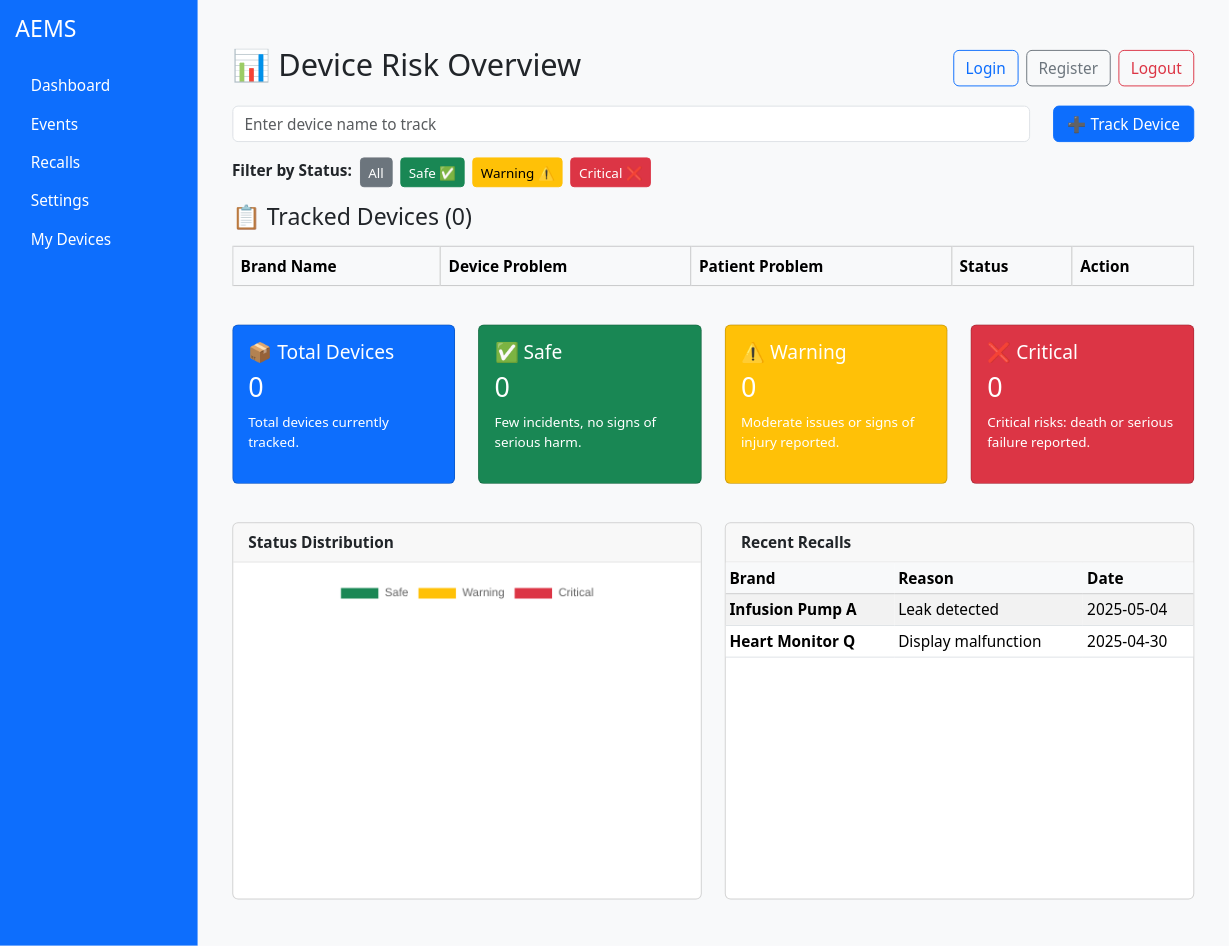
Repository: Sarary2/AEMS_2MVP
Page: / (app in frontend/AEMS/)
An editor plug-in stored every save of this project. The page is shown before and after the next save, followed by the edit.
The browser window is 1280 px wide. The pictures show the whole page, at 96% of full size.
The page's requests for data from a server got no answer. The project was rebuilt for these pictures with package versions that can differ from the ones it lists, and the page was loaded fresh each time. No one was signed in, and anything a server would have sent is missing. Also part of the build but not shown: frontend/AEMS/vite.config.js, frontend/AEMS/src/components/DeviceRow.jsx, frontend/AEMS/src/pages/Events.jsx, frontend/AEMS/src/firebase.js, frontend/AEMS/src/pages/Login.jsx, frontend/AEMS/src/pages/Register.jsx.

Above is the page before, as saved 2025-05-06 13:15:45.

### frontend/AEMS/src/main.jsx
import React from 'react';
import ReactDOM from 'react-dom/client';
import App from './App.jsx';
import 'bootstrap/dist/css/bootstrap.min.css';

ReactDOM.createRoot(document.getElementById('root')).render(
  <React.StrictMode>
    <App />
  </React.StrictMode>
);

### frontend/AEMS/src/App.jsx
import { BrowserRouter as Router, Routes, Route, useLocation } from 'react-router-dom';
import Sidebar from './components/Sidebar';
import Dashboard from './pages/Dashboard';
import Events from './pages/Events';
import Login from './pages/Login';
import Register from './pages/Register';

function LayoutWithSidebar({ children }) {
  return (
    <div className="d-flex min-vh-100">
      <Sidebar />
      <div className="flex-grow-1 bg-light p-4 overflow-auto">
        {children}
      </div>
    </div>
  );
}

function AppRoutes() {
  const location = useLocation();
  const hideSidebar = ['/login', '/register'].includes(location.pathname);

  return hideSidebar ? (
    <Routes>
      <Route path="/login" element={<Login />} />
      <Route path="/register" element={<Register />} />
    </Routes>
  ) : (
    <LayoutWithSidebar>
      <Routes>
        <Route path="/" element={<Dashboard />} />
        <Route path="/events" element={<Events />} />
        <Route path="/recalls" element={<div>Recalls Page</div>} />
        <Route path="/settings" element={<div>Settings Page</div>} />
        <Route path="/tracked" element={<div>Tracked Devices Page</div>} />
      </Routes>
    </LayoutWithSidebar>
  );
}

export default function App() {
  return (
    <Router>
      <AppRoutes />
    </Router>
  );
}

### frontend/AEMS/src/components/Sidebar.jsx
import { Link } from 'react-router-dom';

export default function Sidebar() {
  return (
    <div className="bg-primary text-white d-flex flex-column p-3" style={{ width: '250px', minHeight: '100vh' }}>
      <h4 className="text-white mb-4">AEMS</h4>
      <ul className="nav flex-column">
        <li className="nav-item">
          <Link className="nav-link text-white" to="/">Dashboard</Link>
        </li>
        <li className="nav-item">
          <Link className="nav-link text-white" to="/events">Events</Link>
        </li>
        <li className="nav-item">
          <Link className="nav-link text-white" to="/recalls">Recalls</Link>
        </li>
        <li className="nav-item">
          <Link className="nav-link text-white" to="/settings">Settings</Link>
        </li>
        <li className="nav-item">
          <Link className="nav-link text-white" to="/tracked">My Devices</Link>
        </li>
      </ul>
    </div>
  );
}

### frontend/AEMS/src/pages/Dashboard.jsx
import { useEffect, useState } from 'react';
import { useNavigate } from 'react-router-dom';
import StatCard from '../components/StatCard';
import DeviceRow from '../components/DeviceRow';
import StatusChart from '../components/StatusChart';
import RecallsPanel from '../components/RecallsPanel'; // <-- NEW

export default function Dashboard() {
  const [devices, setDevices] = useState([]);
  const [filter, setFilter] = useState('All');
  const [tracked, setTracked] = useState(() =>
    JSON.parse(localStorage.getItem('trackedDevices') || '[]')
  );
  const [deviceInput, setDeviceInput] = useState('');
  const navigate = useNavigate();

  useEffect(() => {
    fetch('http://localhost:5001/api/devices/all')
      .then(res => res.json())
      .then(data => setDevices(data))
      .catch(err => console.error('Failed to fetch devices', err));
  }, []);

  const handleTrackAdd = () => {
    const input = deviceInput.trim().toLowerCase();
    if (!input || tracked.includes(input)) return;
    const updated = [...tracked, input];
    setTracked(updated);
    localStorage.setItem('trackedDevices', JSON.stringify(updated));
    setDeviceInput('');
  };

  const handleTrackRemove = (brandName) => {
    const normalized = tracked.find(t => brandName.toLowerCase().includes(t));
    if (!normalized) return;
    const updated = tracked.filter(t => t !== normalized);
    setTracked(updated);
    localStorage.setItem('trackedDevices', JSON.stringify(updated));
  };

  const matchedTrackedDevices = devices.filter(d =>
    tracked.some(t => d.brandName.toLowerCase().includes(t))
  );

  const filteredDevices =
    filter === 'All'
      ? matchedTrackedDevices
      : matchedTrackedDevices.filter(d => d.status === filter);

  const getStatusCounts = () => {
    const safe = filteredDevices.filter(d => d.status === 'Safe').length;
    const warning = filteredDevices.filter(d => d.status === 'Warning').length;
    const critical = filteredDevices.filter(d => d.status === 'Critical').length;
    return {
      total: filteredDevices.length,
      safe,
      warning,
      critical,
    };
  };

  const { total, safe, warning, critical } = getStatusCounts();

  const statusIcons = {
    Safe: '✅',
    Warning: '⚠️',
    Critical: '❌',
  };

  // Temporary dummy recalls
  const dummyRecalls = [
    { brandName: 'Infusion Pump A', recallReason: 'Leak detected', recallDate: '2025-05-04' },
    { brandName: 'Heart Monitor Q', recallReason: 'Display malfunction', recallDate: '2025-04-30' },
  ];

  return (
    <div className="container-fluid">
      <div className="d-flex justify-content-between align-items-center mt-4 mb-3">
        <h2>📊 Device Risk Overview</h2>
        <div>
          <button className="btn btn-outline-primary me-2" onClick={() => navigate('/login')}>Login</button>
          <button className="btn btn-outline-secondary me-2" onClick={() => navigate('/register')}>Register</button>
          <button className="btn btn-outline-danger" onClick={() => alert('🔒 Logged out')}>Logout</button>
        </div>
      </div>

      <div className="mb-3 row">
        <div className="col-md-10">
          <input
            placeholder="Enter device name to track"
            className="form-control"
            value={deviceInput}
            onChange={(e) => setDeviceInput(e.target.value)}
          />
        </div>
        <div className="col-md-2">
          <button className="btn btn-primary w-100" onClick={handleTrackAdd}>
            ➕ Track Device
          </button>
        </div>
      </div>

      <div className="mb-3">
        <strong>Filter by Status:</strong>{' '}
        {['All', 'Safe', 'Warning', 'Critical'].map((s) => (
          <button
            key={s}
            className={`btn btn-sm mx-1 btn-${s === 'All' ? 'secondary' : s === 'Safe' ? 'success' : s === 'Warning' ? 'warning' : 'danger'}`}
            onClick={() => setFilter(s)}
          >
            {s} {statusIcons[s] || ''}
          </button>
        ))}
      </div>

      <h4>📋 Tracked Devices ({filteredDevices.length})</h4>
      <div className="table-responsive mb-4">
        <table className="table table-striped table-bordered mt-2">
          <thead className="table-light">
            <tr>
              <th>Brand Name</th>
              <th>Device Problem</th>
              <th>Patient Problem</th>
              <th>Status</th>
              <th>Action</th>
            </tr>
          </thead>
          <tbody>
            {filteredDevices.map((device, i) => (
              <DeviceRow key={i} device={device} onRemove={handleTrackRemove} />
            ))}
          </tbody>
        </table>
      </div>

      <div className="row mb-4">
        <StatCard title="Total Devices" count={total} />
        <StatCard title="Safe" count={safe} />
        <StatCard title="Warning" count={warning} />
        <StatCard title="Critical" count={critical} />
      </div>

      <div className="row mb-4">
        <div className="col-md-6">
          <StatusChart data={{ Safe: safe, Warning: warning, Critical: critical }} />
        </div>
        <div className="col-md-6">
          <RecallsPanel recalls={dummyRecalls} />
        </div>
      </div>
    </div>
  );
}

### frontend/AEMS/src/components/StatCard.jsx
import React from 'react';

const statusDetails = {
  "Safe": {
    icon: "✅",
    explanation: "Few incidents, no signs of serious harm.",
    color: "success"
  },
  "Warning": {
    icon: "⚠️",
    explanation: "Moderate issues or signs of injury reported.",
    color: "warning"
  },
  "Critical": {
    icon: "❌",
    explanation: "Critical risks: death or serious failure reported.",
    color: "danger"
  },
  "Total Devices": {
    icon: "📦",
    explanation: "Total devices currently tracked.",
    color: "primary"
  }
};

export default function StatCard({ title, count }) {
  const details = statusDetails[title] || {
    icon: "📊",
    explanation: "Summary of device activity.",
    color: "secondary"
  };

  return (
    <div className="col-md-3 mb-3">
      <div className={`card text-white bg-${details.color}`}>
        <div className="card-body">
          <h5 className="card-title">
            {details.icon} {title}
          </h5>
          <h3 className="card-text">{count}</h3>
          <p className="small">{details.explanation}</p>
        </div>
      </div>
    </div>
  );
}

### frontend/AEMS/src/components/StatusChart.jsx
import { Pie } from 'react-chartjs-2';
import { Chart as ChartJS, ArcElement, Tooltip, Legend } from 'chart.js';

ChartJS.register(ArcElement, Tooltip, Legend);

export default function StatusChart({ data }) {
  const chartData = {
    labels: ['Safe', 'Warning', 'Critical'],
    datasets: [
      {
        data: [data.Safe, data.Warning, data.Critical],
        backgroundColor: ['#198754', '#ffc107', '#dc3545'],
        borderWidth: 1,
      },
    ],
  };

  const chartOptions = {
    responsive: true,
    maintainAspectRatio: false,
    plugins: {
      legend: { position: 'top' },
    },
  };

  return (
    <div className="card h-100">
      <div className="card-header fw-semibold">Status Distribution</div>
      <div className="card-body" style={{ height: '350px' }}>
        <Pie data={chartData} options={chartOptions} />
      </div>
    </div>
  );
}

### frontend/AEMS/src/components/RecallsPanel.jsx
export default function RecallsPanel({ recalls }) {
    return (
      <div className="card h-100">
        <div className="card-header fw-semibold">Recent Recalls</div>
        <div className="card-body p-0">
          {recalls.length === 0 ? (
            <p className="text-muted text-center py-3">No recent recalls reported.</p>
          ) : (
            <table className="table mb-0 table-sm table-striped">
              <thead className="table-light">
                <tr>
                  <th>Brand</th>
                  <th>Reason</th>
                  <th>Date</th>
                </tr>
              </thead>
              <tbody>
                {recalls.map((r, i) => (
                  <tr key={i}>
                    <td><strong>{r.brandName}</strong></td>
                    <td>{r.recallReason}</td>
                    <td>{r.recallDate}</td>
                  </tr>
                ))}
              </tbody>
            </table>
          )}
        </div>
      </div>
    );
  }

Loaded but not shown: frontend/AEMS/index.html (common file)

After the next save:
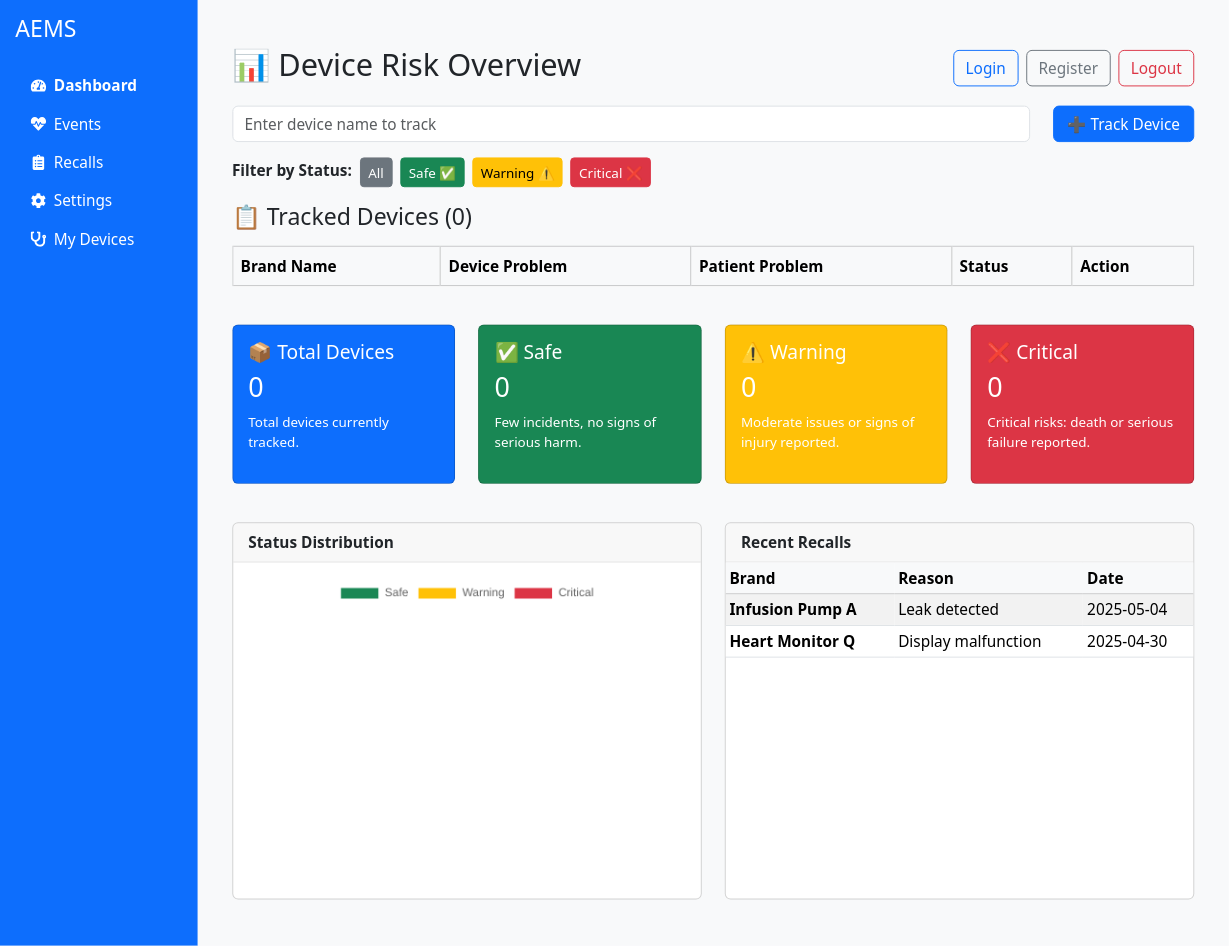
Saved 62 s later.
--- a/frontend/AEMS/src/components/Sidebar.jsx
+++ b/frontend/AEMS/src/components/Sidebar.jsx
@@ -1,4 +1,5 @@
-import { Link } from 'react-router-dom';
+import { NavLink } from 'react-router-dom';
+import { FaTachometerAlt, FaHeartbeat, FaClipboardList, FaCog, FaStethoscope } from 'react-icons/fa';
 
 export default function Sidebar() {
   return (
@@ -6,19 +7,39 @@ export default function Sidebar() {
       <h4 className="text-white mb-4">AEMS</h4>
       <ul className="nav flex-column">
         <li className="nav-item">
-          <Link className="nav-link text-white" to="/">Dashboard</Link>
+          <NavLink to="/" className={({ isActive }) =>
+            `nav-link d-flex align-items-center text-white ${isActive ? 'fw-bold' : ''}`
+          }>
+            <FaTachometerAlt className="me-2" /> Dashboard
+          </NavLink>
         </li>
         <li className="nav-item">
-          <Link className="nav-link text-white" to="/events">Events</Link>
+          <NavLink to="/events" className={({ isActive }) =>
+            `nav-link d-flex align-items-center text-white ${isActive ? 'fw-bold' : ''}`
+          }>
+            <FaHeartbeat className="me-2" /> Events
+          </NavLink>
         </li>
         <li className="nav-item">
-          <Link className="nav-link text-white" to="/recalls">Recalls</Link>
+          <NavLink to="/recalls" className={({ isActive }) =>
+            `nav-link d-flex align-items-center text-white ${isActive ? 'fw-bold' : ''}`
+          }>
+            <FaClipboardList className="me-2" /> Recalls
+          </NavLink>
         </li>
         <li className="nav-item">
-          <Link className="nav-link text-white" to="/settings">Settings</Link>
+          <NavLink to="/settings" className={({ isActive }) =>
+            `nav-link d-flex align-items-center text-white ${isActive ? 'fw-bold' : ''}`
+          }>
+            <FaCog className="me-2" /> Settings
+          </NavLink>
         </li>
         <li className="nav-item">
-          <Link className="nav-link text-white" to="/tracked">My Devices</Link>
+          <NavLink to="/tracked" className={({ isActive }) =>
+            `nav-link d-flex align-items-center text-white ${isActive ? 'fw-bold' : ''}`
+          }>
+            <FaStethoscope className="me-2" /> My Devices
+          </NavLink>
         </li>
       </ul>
     </div>
